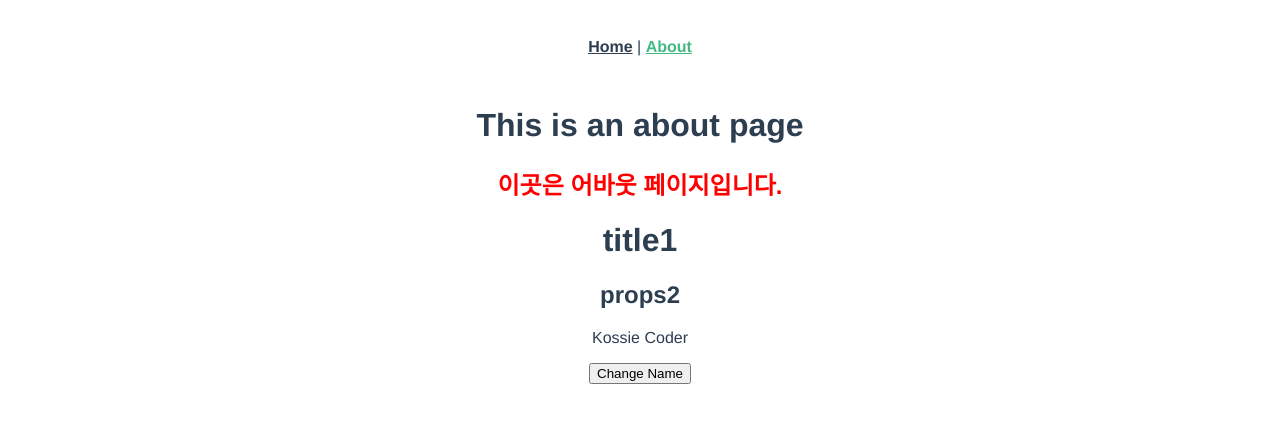
Repository: RyuGeunHwan/code_J
Page: /about (app in vue-props/)
These files come from the project's save history. The page is drawn as it stood at one moment and after the next save; the edit follows.
The browser window is 1280 px wide. The pictures show the whole page.
The project was rebuilt for these pictures with package versions that can differ from the ones it lists, and the page was loaded fresh each time. Also part of the build but not shown: vue-props/src/views/Home.vue.

Above is the page before, as saved 2022-08-12 08:29:46.

After the next save:
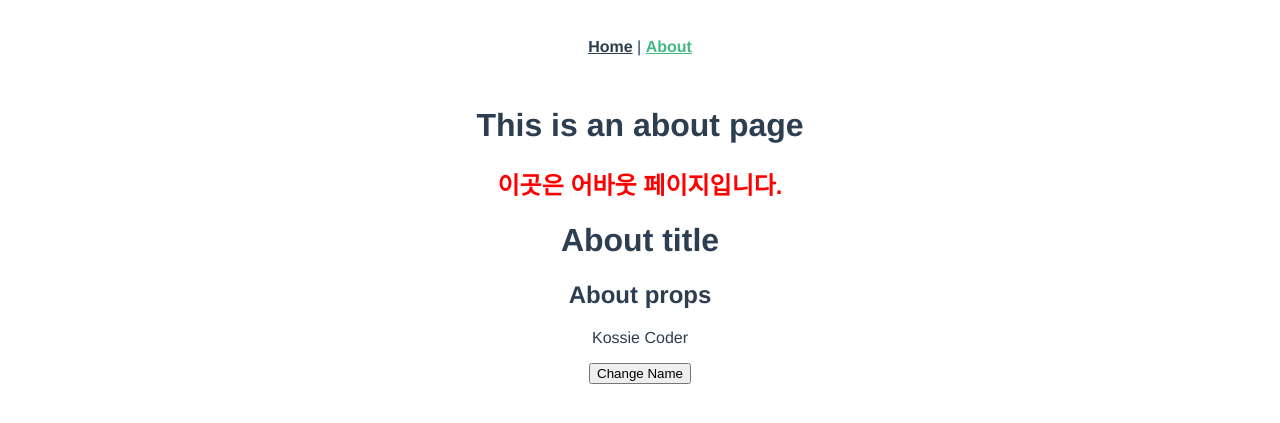
Saved 28 s later.
--- a/vue-props/src/views/About.vue
+++ b/vue-props/src/views/About.vue
@@ -2,7 +2,7 @@
   <div class="about">
     <h1>This is an about page</h1>
     <h2>이곳은 어바웃 페이지입니다.</h2>
-    <KossieCoder title="title1" props="props2"/>
+    <KossieCoder title="About title" props="About props"/>
   </div>
 </template>
 
